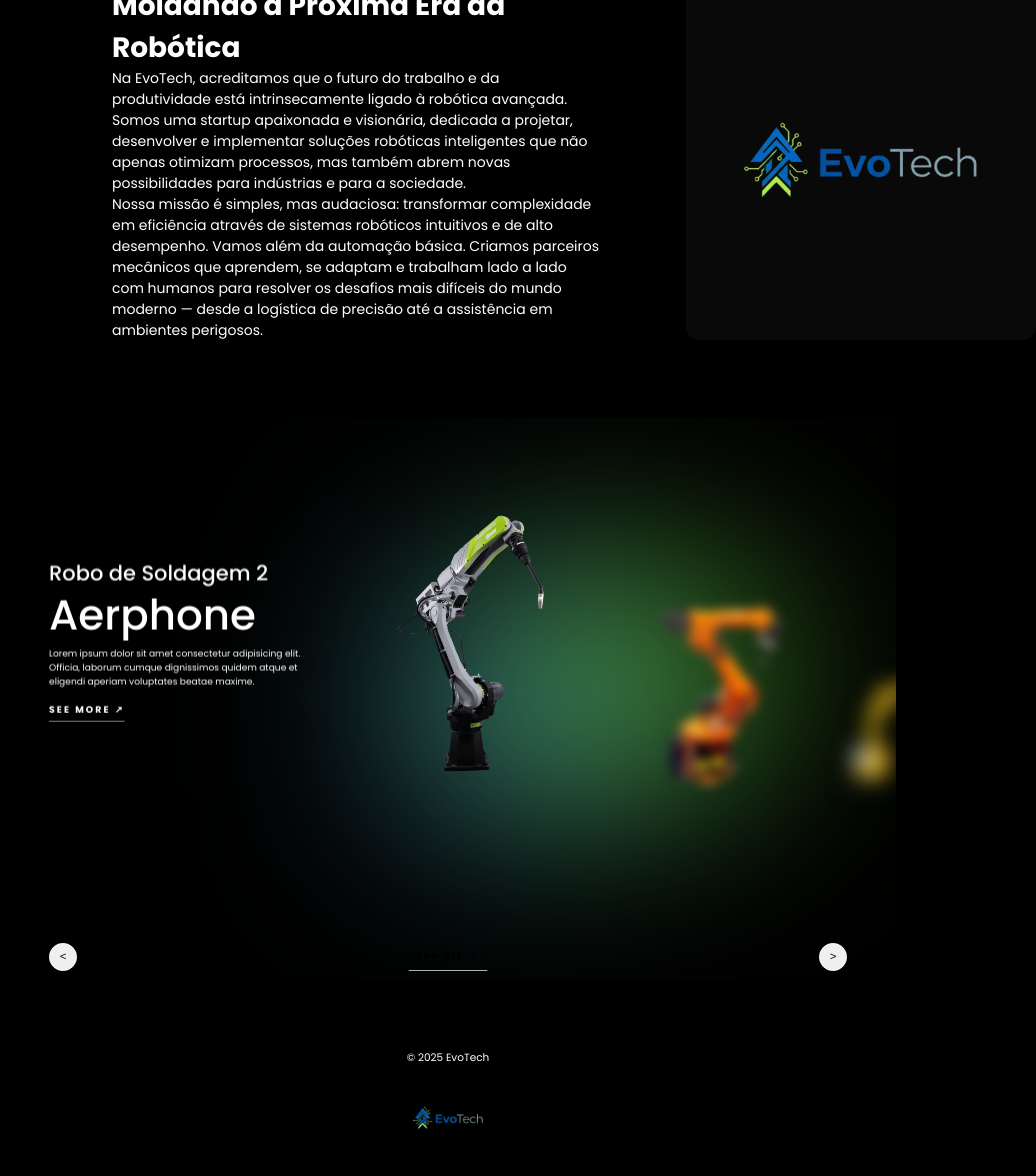
Repository: IsaacDEV10/EvoTech
Page: /
These files come from the project's save history. The page is drawn as it stood at one moment and after a run of saves; the edit follows.
The browser window is 1280 px wide. The page is 1480 px wide, so the pictures cover 1480 px, including what lies to the right of the window. The pictures show the part of the page from y = 803 to 2483 px (the page is 2483 px tall), at 70% of full size.
The project was rebuilt for these pictures with package versions that can differ from the ones it lists, and the page was loaded fresh each time. Also part of the build but not shown: vite.config.js, src/App.css.

Above is the page before, as saved 2025-10-28 09:26:28.

### index.html
<!doctype html>
<html lang="en">
  <head>
    <meta charset="UTF-8" />
    <link rel="icon" type="image/svg+xml" href="/vite.svg" />
    <meta name="viewport" content="width=device-width, initial-scale=1.0" />
    <title>startup</title>
  </head>
  <body>
    <div id="root"></div>
    <script type="module" src="/src/main.jsx"></script>
  </body>
</html>

### src/index.css
@import url('https://fonts.googleapis.com/css2?family=Poppins:ital,wght@0,100;0,200;0,300;0,400;0,500;0,600;0,700;0,800;0,900;1,100;1,200;1,300;1,400;1,500;1,600;1,700;1,800;1,900&display=swap');

* {
  font-family: "poppins", sans-serif;
  margin: 0;
  box-sizing: border-box;
}

body {
  background: black ;

}

### src/App.jsx
import React from 'react';
import './App.css';
import Header from './components/Header/header';
import Hero from './components/Hero/hero';
import About from './components/About/about';
import Missao from './components/Missao/missao';
import Carousel from './components/Carousel/carousel';
import Footer from './components/Footer/footer';




const App = () => {
  return (
    <>
      <Header />
      <Hero />
      <About/>
      <Missao />
      <Carousel />
      <Footer />
    </>
  );
}

export default App;

### src/components/Header/header.jsx
import React from 'react'
import './header.css'
import logo from '../../assets/evotech.png'
import Contact from '../Contact/contact'


const Header = () => {
  return (
    <nav className='nav-wrapper'>
        <div className='nav-content'>
            <img className='logo' src={logo} alt="" />
            <ul>
                <li>
                    <a className='menu-item' href="">Home</a>
                </li>

                <li>
                    <a className='menu-item' href="">Sobre</a>
                </li>

                <li>
                    <a className='menu-item' href="">Projetos</a>
                </li>
                <Contact/>
            </ul>
        </div>
    </nav>
  )
}

export default Header

### src/components/Hero/hero.jsx
import React from "react";
import "./hero.css";
import heroImage from "../../assets/bg-evotech.png";

const Hero = () => {
  return (
    <section className="hero-container" id="home">
        <div className="hero-content">
            <img className="img-bg" src={heroImage} alt="hero" />
        </div>
        <div className="description">
            <h1>
                Inovação e Tecnologia para o Futuro
            </h1>
            <p>
                Na Evotech, estamos comprometidos em transformar ideias em soluções tecnológicas inovadoras que impulsionam o futuro. Junte-se a nós nessa jornada de inovação!
            </p>
        </div>
    </section>
  );
};

export default Hero;

### src/components/About/about.jsx
import React from "react";
import "./about.css";
import Logo from "../../assets/evotech.png"

const About = () => {
    return (
        <section className="about-container" id="home">
            <div className="about-content">
                <div className="about-text-content">
                    <h1>Moldando a Próxima Era da Robótica</h1>
                    <p>Na EvoTech, acreditamos que o futuro do trabalho e da produtividade está intrinsecamente ligado à robótica avançada. Somos uma startup apaixonada e visionária, dedicada a projetar, desenvolver e implementar soluções robóticas inteligentes que não apenas otimizam processos, mas também abrem novas possibilidades para indústrias e para a sociedade. <br /> Nossa missão é simples, mas audaciosa: transformar complexidade em eficiência através de sistemas robóticos intuitivos e de alto desempenho.

Vamos além da automação básica. Criamos parceiros mecânicos que aprendem, se adaptam e trabalham lado a lado com humanos para resolver os desafios mais difíceis do mundo moderno — desde a logística de precisão até a assistência em ambientes perigosos.</p>
                </div>
                <div className="about-image">
                    <img src={Logo} alt="Logo da EvoTech" />
                </div>
            </div>
        </section>
    );
};

export default About;

### src/components/Missao/missao.jsx
import React from "react";
import Carousel from "../Carousel/carousel";



const Missao = () => {
    return (
        <section>
        </section>
    );
};

export default Missao;

### src/components/Carousel/carousel.jsx
import React, { useState, useRef, useEffect } from 'react';
import './carousel.css';
import Robo1 from '../../assets/robo-1.png';
import Robo2 from '../../assets/robo-2.png';
import Robo3 from '../../assets/robo-3.png';
import Robo4 from '../../assets/robo-4.png';
import Robo5 from '../../assets/robo-5.png';
import Robo6 from '../../assets/robo-6.png';

const initialItemsData = [
  {
    id: 1,
    imgSrc: Robo1,
    title: 'Robo de Soldagem 1',
    topic: 'Crobotp',
    des: 'Lorem ipsum dolor sit amet consectetur adipisicing elit. Officia, laborum cumque dignissimos quidem atque et eligendi aperiam voluptates beatae maxime.',
    detailTitle: 'Robo Crobotp',
    detailDes: 'Lorem ipsum dolor sit amet, consectetur adipisicing elit. Dolor, reiciendis suscipit nobis nulla animi, modi explicabo quod corrupti impedit illo, accusantium in eaque nam quia adipisci aut distinctio porro eligendi. Reprehenderit nostrum consequuntur ea! Accusamus architecto dolores modi ducimus facilis quas voluptatibus! Tempora ratione accusantium magnam nulla tenetur autem beatae.',
  },
  {
    id: 2,
    imgSrc: Robo2,
    title: 'Robo de Soldagem 2',
    topic: 'Aerphone',
    des: 'Lorem ipsum dolor sit amet consectetur adipisicing elit. Officia, laborum cumque dignissimos quidem atque et eligendi aperiam voluptates beatae maxime.',
    detailTitle: 'Aerphone GHTK 2',
    detailDes: 'Lorem ipsum dolor sit amet, consectetur adipisicing elit. Dolor, reiciendis suscipit nobis nulla animi, modi explicabo quod corrupti impedit illo, accusantium in eaque nam quia adipisci aut distinctio porro eligendi. Reprehenderit nostrum consequuntur ea! Accusamus architecto dolores modi ducimus facilis quas voluptatibus! Tempora ratione accusantium magnam nulla tenetur autem beatae.',
  },
  { id: 3, imgSrc: Robo3, title: 'DESIGN SLIDER 3', topic: 'Aerphone' },
  { id: 4, imgSrc: Robo4, title: 'DESIGN SLIDER 4', topic: 'Aerphone' },
  { id: 5, imgSrc: Robo5, title: 'DESIGN SLIDER 5', topic: 'Aerphone' },
  { id: 6, imgSrc: Robo6, title: 'DESIGN SLIDER 6', topic: 'Aerphone' },
];

function Carousel() {
  const [items, setItems] = useState(initialItemsData);
  const [carouselClass, setCarouselClass] = useState('');
  const [isClickDisabled, setIsClickDisabled] = useState(false);
  const timeoutRef = useRef(null);

  useEffect(() => {
    return () => {
      if (timeoutRef.current) {
        clearTimeout(timeoutRef.current);
      }
    };
  }, []);

  const showSlider = (type) => {
    if (isClickDisabled) return;
    setIsClickDisabled(true);
    setCarouselClass(type);

    if (type === 'next') {
      setItems((prevItems) => {
        const [first, ...rest] = prevItems;
        return [...rest, first];
      });
    } else {
      setItems((prevItems) => {
        const last = prevItems[prevItems.length - 1];
        const rest = prevItems.slice(0, -1);
        return [last, ...rest];
      });
    }

    if (timeoutRef.current) {
      clearTimeout(timeoutRef.current);
    }

    timeoutRef.current = setTimeout(() => {
      setIsClickDisabled(false);
    }, 2000);
  };

  const handleSeeMore = () => {
    setCarouselClass('showDetail');
  };

  const handleBack = () => {
    setCarouselClass('');
  };

  return (
    <>
      <div className={`carousel ${carouselClass}`}>
        <div className="list">
          {items.map((item) => (
            <div className="item" key={item.id}>

              <img src={item.imgSrc} alt="" />
              <div className="introduce">
                <div className="title">{item.title || 'DESIGN SLIDER'}</div>
                <div className="topic">{item.topic || 'Aerphone'}</div>
                <div className="des">
                  {item.des || 'Lorem ipsum dolor sit amet...'}
                </div>
                <button className="seeMore" onClick={handleSeeMore}>
                  SEE MORE &#8599;
                </button>
              </div>
              <div className="detail">
                <div className="title">{item.detailTitle || 'Aerphone GHTK'}</div>
                <div className="des">
                  {item.detailDes || 'Lorem ipsum dolor sit amet...'}
                </div>
                <div className="specifications">
                  <div><p>Used Time</p><p>6 hours</p></div>
                  <div><p>Charging port</p><p>Type-C</p></div>
                  <div><p>Compatible</p><p>Android</p></div>
                  <div><p>Bluetooth</p><p>5.3</p></div>
                  <div><p>Controlled</p><p>Touch</p></div>
                </div>
                <div className="checkout">
                  <button>ADD TO CART</button>
                  <button>CHECKOUT</button>
                </div>
              </div>
            </div>
          ))}
        </div>
        <div className="arrows">
          <button id="prev" onClick={() => showSlider('prev')} disabled={isClickDisabled}>
            &lt;
          </button>
          <button id="next" onClick={() => showSlider('next')} disabled={isClickDisabled}>
            &gt;
          </button>
          <button id="back" onClick={handleBack}>
            See All&nbsp; &#8599;
          </button>
        </div>
      </div>
    </>
  );
}

export default Carousel;

### src/components/Footer/footer.jsx
import React from 'react'
import './footer.css'
import Logo from '../../assets/evotech.png';

const Footer = () => {
  return (
    <div className='footer'>
        <p>© 2025 EvoTech</p>
        <img src={Logo} alt="logo" />
    </div>
  )
}

export default Footer

### src/components/Header/header.css
.nav-wrapper {
    width: 100%;
    height: 110px;
    background-color: rgba(0, 0, 0, 0.293);
    padding: 5px;
    position: fixed;
    top: 0;
    z-index: 30;
}

.nav-content {
    max-width: 1850px;
    height: 120px;
    display: flex;
    align-items: center;
    justify-content: space-between;

}

.logo {
    width: 270px;
    height: auto;
}

.nav-content ul {
    display: flex;
    align-items: center;
    gap: 0.5rem;
    list-style: none;
}

.nav-content li {
    margin: 0 1.5rem;
}

.menu-item {
    text-decoration: none;
    font-size: 1.05rem;
    font-weight: 500;
    color: #ffff;
    position: relative;
    cursor: pointer;

}

.menu-item::before {
    content: " ";
    width: 2rem;
    height: 0.2rem;
    background: #2D6FBF;
    border-radius: 10px;
    position: absolute;
    bottom: -0.6rem;
    opacity: 0;
    transform: translateX(-1.5rem);
    transition: all 0.3s ease;
}

.menu-item:hover::before {
    width: 100%;
    transform: translateX(0);
    opacity: 1;
}

.contact-btn {
    font-size: 0.9rem;
    font-weight: 500;
    display: flex;
    align-items: center;
    justify-content: center;
    color: #fff;
    background:#2D6FBF;
    padding: 0.6rem 2rem;
    border: none;
    outline: 1.5px solid transparent;
    border-radius: 10px;
    cursor: pointer;
    transition: all 0.3s ease;
}

.contact-btn a {
    text-decoration: none;
    color: #fff;
}

.contact-btn:hover {
    color: black;
    background: #76F014;
    outline: 1.5px solid black;
}

.menu-btn {
    width: 2.5rem;
    height: 2.5rem;
    font-size: 1.5rem;
    display: flex;
    align-items: center;
    justify-content: center;
    color: #fff;
    border: none;
    border-radius: 0.4rem;
    background: linear-gradient(90deg, #6791fb 0%, #1e25ac 100%);
    line-height: 0;
    cursor: pointer;
    transition: all 0.4s ease;
    display: none;
}

.menu-btn:hover {
    color: #6791fb;
    background: #76F014;
    border: 1px solid transparent;
}

@media (max-width: 425px) {
    .logo {
        width: 100px;
        height: auto;
    }
    .nav-content ul {
        display: none;
        width: 100px;
    }
}

@media (max-width: 769px) {
    .menu-btn {
        display: block;
    }

    .nav-content ul {
        display: none;
        width: 100px;
    }
}

@media (max-width: 1325px) {
    .nav-wrapper {
        padding: 0 2rem;
    }
}

### src/components/Contact/contact.jsx
import React from 'react';
import Popup from 'reactjs-popup';
import './contact.css';
import { FaInstagram } from 'react-icons/fa';
import { MdPhone } from 'react-icons/md';
import { FiMail } from 'react-icons/fi';

const Contact = () => (
  <Popup
    trigger={<button className="contact-btn"> Contato </button>}
    modal
    animation="fade"
    overlayClassName="custom-overlay"
    contentClassName="custom-modal-content"
  >
    {close => (
      <div className="popup-container">
        {}
        <button
          onClick={close}
          className="popup-close-button"
        >
          &times;
        </button>

        {}
        <div className="popup-header">
          <h2>Fale Conosco!</h2>
          <p>Escolha o melhor canal de contato:</p>
        </div>


        {}
        <div className="icon-container">

          {}
          <a href="URL_DO_INSTAGRAM" target="_blank" rel="noopener noreferrer">
            {}
            <FaInstagram size={35} color="#E1306C" />
          </a>

          {}
          <a href="tel:+5511987654321">
            <MdPhone size={35} color="#25D366" />
          </a>

          {}
          <a href="mailto:seu.email@exemplo.com">
            <FiMail size={35} color="#DB4437" />
          </a>

        </div>


      </div>
    )}
  </Popup>
);

export default Contact;

### src/components/Hero/hero.css
.hero-container {
    height: auto;
    min-height: 100vh;
    width: 100%;
    position: relative;
    overflow: hidden;
    display: flex;
    align-items: center;
    justify-content: center;

}

.img-bg {
    width: 100%;
    height: 100%;
    object-fit: cover;
    position: absolute;
    top: 0;
    left: 0;
    z-index: 1;
}

.description {
    position: relative;
    z-index: 2;
    display: flex;
    align-items: center;
    justify-content: center;
    flex-direction: column;
    color: #fff;
    padding: 20px;
    text-align: center;
    max-width: 900px;
    height: 500px;
    margin: 0 auto;
    background-color: #00000081;
    border-radius: 30px;
}

.description h1 {
    font-size: 3.5rem; /* Ajuste para um tamanho grande, mas controlado */
    line-height: 1.2;
    margin-bottom: 15px;
    text-shadow: 3px 3px 6px rgba(0, 0, 0, 0.8);
    font-weight: bold;
}

.description p {
    font-size: 1.25rem; /* Ajuste para um tamanho mais moderado */
    line-height: 1.6;
    max-width: 600px; /* Reduzindo a largura máxima do parágrafo */
    text-shadow: 2px 2px 4px rgba(0, 0, 0, 0.7);
}

/* Media Queries para manter a responsividade em telas menores */
@media (max-width: 992px) {
    .description h1 {
        font-size: 3rem;
    }
    .description p {
        font-size: 1.15rem;
    }
}

@media (max-width: 768px) {
    .hero-container {
        min-height: 80vh;
    }
    .description h1 {
        font-size: 2.5rem; /* Tamanho bom para tablets e celulares grandes */
        margin-bottom: 10px;
    }
    .description p {
        font-size: 1rem;
        max-width: 90%;
    }
}

@media (max-width: 480px) {
    .description h1 {
        font-size: 2rem; /* Tamanho para celulares pequenos */
    }
    .description p {
        font-size: 0.95rem;
    }
}

### src/components/About/about.css
.about-container {
    padding: 60px 40px;
    margin-bottom: 100px;
}

.about-content {
    display: flex;
    flex-direction: row;
    align-items: center;
    gap: 120px;
    max-width: 1500px;
    margin: 0 120px;
}

.about-text-content {
    flex: 1;
    color: #fff;
    min-width: 700px;
    font-family: 'Poppins', sans-serif;
}
.about-text-content h1 {
    font-size: 40px;
}

.about-text-content p {
    font-size: 20px
}

.about-image {
    flex: 1;
    width: 800px;
    text-align: center;
    background-color: #ffffff09;
    border-radius: 20px;
}

@media (max-width: 768px) {
    .about-content {
        flex-direction: column;
        text-align: center;
    }

    .about-text-content {
        order: 2;
    }

    .about-image {
        order: 1;
        width: 80%;
        margin-bottom: 20px;
    }
}

### src/components/Footer/footer.css
.footer {
    font-size: 15px;
    text-align: center;
    background: black;
    padding: 2px;
    margin-top: 100px;
    color: #fff;
}

.footer img {
    width: 150px;
}

### src/components/Contact/contact.css
.custom-overlay {
  background-color: #282C34;
  transition: opacity 0.3s ease-in-out;
}

.contact-btn {
    font-size: 0.9rem;
    font-weight: 500;
    display: flex;
    align-items: center;
    justify-content: center;
    color: #fff;
    background:#2D6FBF;
    padding: 0.6rem 2rem;
    border: none;
    outline: 1.5px solid transparent;
    border-radius: 10px;
    cursor: pointer;
    transition: all 0.3s ease;
}

.contact-btn a {
    text-decoration: none;
    color: #fff;
}

.contact-btn:hover {
    color: black;
    background: #76F014;
    outline: 1.5px solid black;
}

.custom-modal-content {
    opacity: 0;
    animation: fadeIn 0.3s ease-in-out;
  z-index: 1000;
}

.popup-container{
  background-color: #282C34;
  padding: 50px !important;
  border-radius: 15px !important;
  border: none !important;
  box-shadow: 0 4px 12px rgba(0, 0, 0, 0.2) !important;
  animation: fadeIn 0.3s ease-in-out;
  z-index: 1000;
  width: 400px;
}

.popup-header {
  text-align: center;
  margin-bottom: 20px;
  color: #76F014;
}

.icon-container {
  display: flex;
  justify-content: space-around;
  margin-top: 30px;
  margin-bottom: 30px;
  padding: 20px;
}

.popup-close-button {
  position: absolute;
  top: 10px;
  right: 10px;
  border: none;
  background: none;
  font-size: 1.5rem;
  cursor: pointer;
  color: #ffffff;
}

.popup-footer-button {
  margin-top: 20px;
  padding: 10px 20px;
  cursor: pointer;
  border: 1px solid #ccc;
  border-radius: 4px;
  background-color: #f0f0f0;
  color: #333;
  width: 100%;
}

.custom-modal-content.popup-content-enter-active {
    opacity: 1 !important;
    transform: scale(1) !important;
}

.custom-overlay.popup-overlay-enter-active {
    opacity: 1 !important;
}

.custom-modal-content.popup-content-exit {
    opacity: 0 !important;
    transform: scale(0.95) !important;
}

.custom-overlay.popup-overlay-exit {
    opacity: 0 !important;
}

Loaded but not shown: src/main.jsx (common file); src/components/Carousel/carousel.css (439 lines, source omitted)

After the next 7 saves:
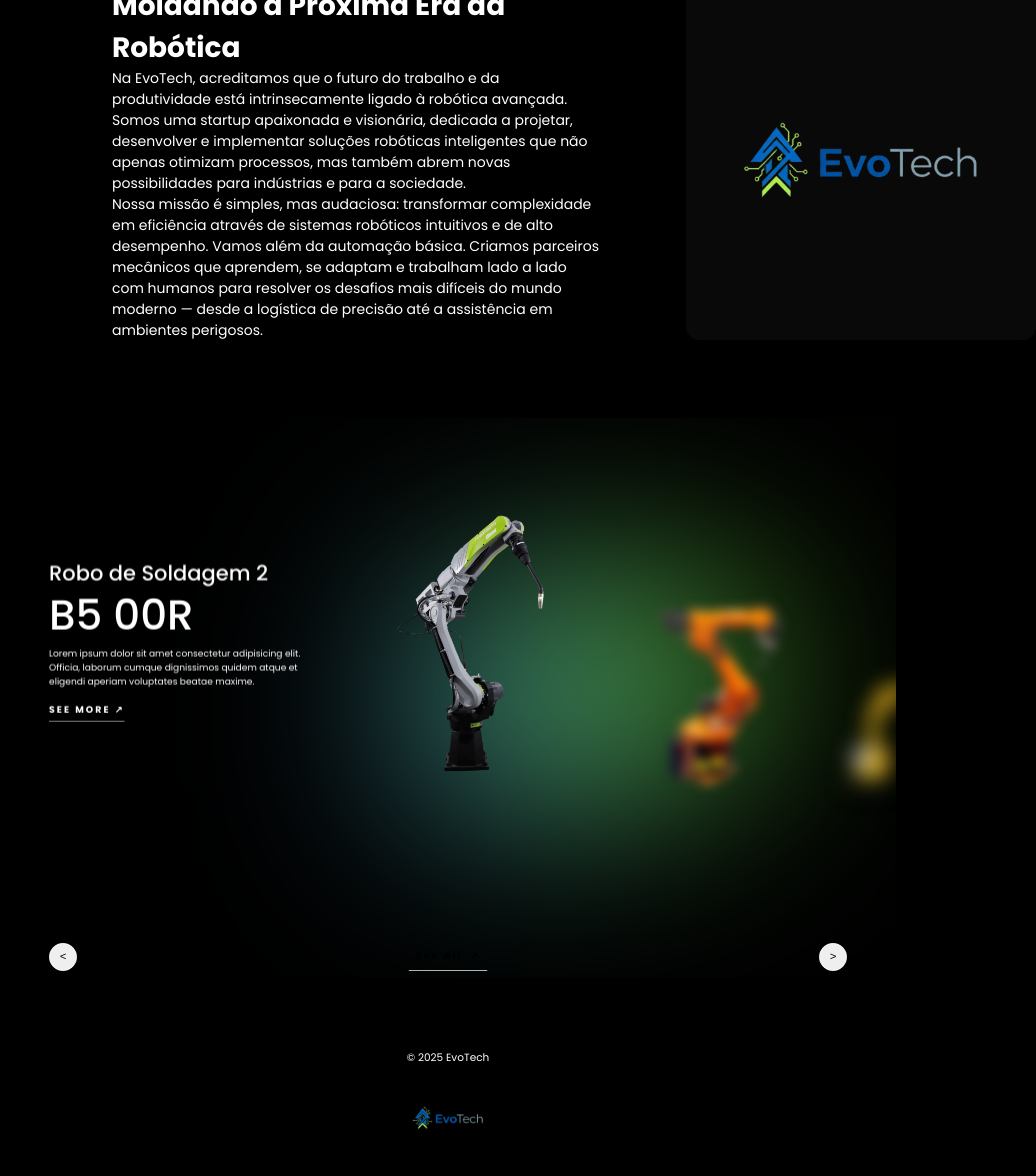
The 7 saves are shown as one change because they came seconds apart.
The last was saved 68 s later.
--- a/src/components/Carousel/carousel.jsx
+++ b/src/components/Carousel/carousel.jsx
@@ -21,7 +21,7 @@ const initialItemsData = [
     id: 2,
     imgSrc: Robo2,
     title: 'Robo de Soldagem 2',
-    topic: 'Aerphone',
+    topic: 'B5 00R',
     des: 'Lorem ipsum dolor sit amet consectetur adipisicing elit. Officia, laborum cumque dignissimos quidem atque et eligendi aperiam voluptates beatae maxime.',
     detailTitle: 'Aerphone GHTK 2',
     detailDes: 'Lorem ipsum dolor sit amet, consectetur adipisicing elit. Dolor, reiciendis suscipit nobis nulla animi, modi explicabo quod corrupti impedit illo, accusantium in eaque nam quia adipisci aut distinctio porro eligendi. Reprehenderit nostrum consequuntur ea! Accusamus architecto dolores modi ducimus facilis quas voluptatibus! Tempora ratione accusantium magnam nulla tenetur autem beatae.',
